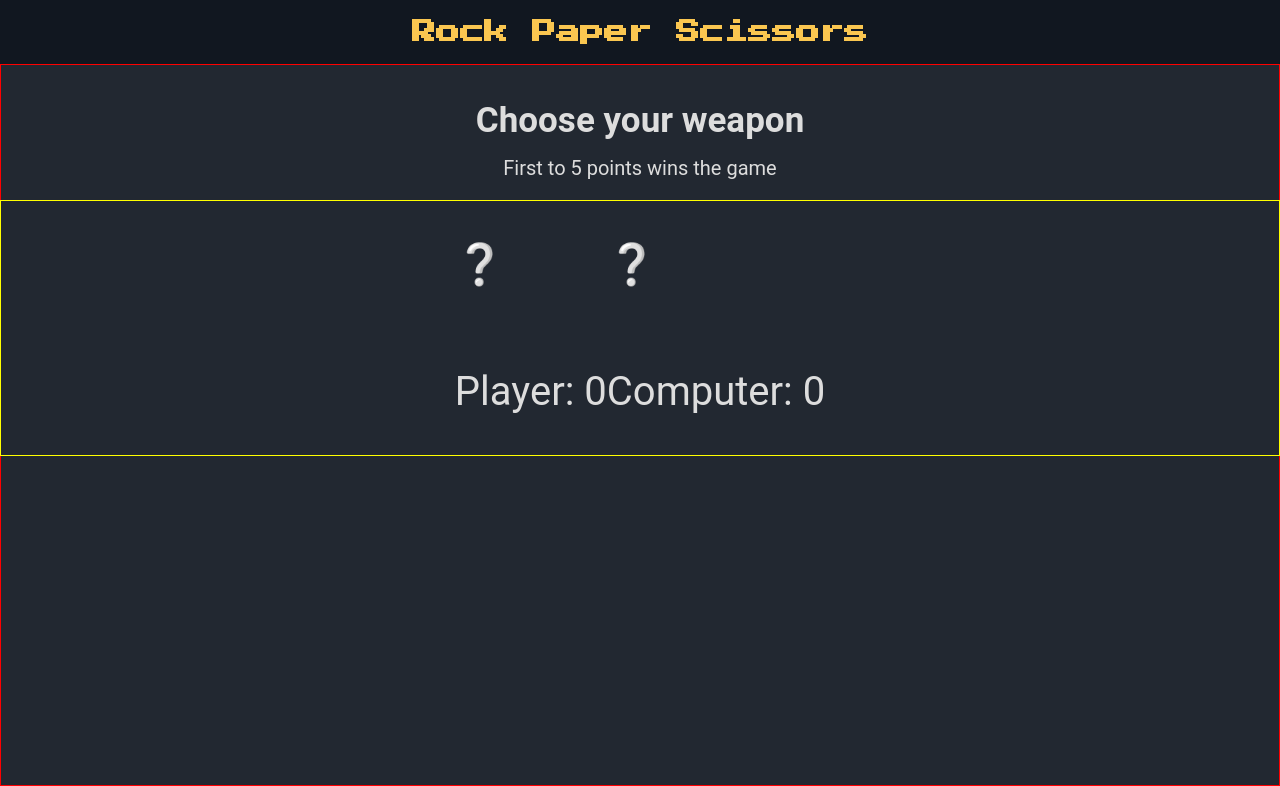
Repository: Aaryan-Poria/Rock-Paper-Scissors
Page: index.html
An editor plug-in stored every save of this project. The page is shown before and after the next save, followed by the edit.
The browser window is 1280 px wide. The pictures show the whole page.

Above is the page before, as saved 2023-08-22 22:54:11.

### index.html
<!DOCTYPE html>
<html lang="en">
  <head>
    <meta charset="UTF-8" />
    <meta name="viewport" content="width=device-width, initial-scale=1.0" />
    <title>Rock Paper Scissors</title>
    <link rel="preconnect" href="https://fonts.googleapis.com" />
    <link rel="preconnect" href="https://fonts.gstatic.com" crossorigin />
    <link
      href="https://fonts.googleapis.com/css2?family=Press+Start+2P&display=swap"
      rel="stylesheet"
    />
    <link rel="stylesheet" href="style.css" />
  </head>

  <body>
    <section class="head">
      <h2>Rock Paper Scissors</h2>
    </section>
    <section class="main">
      <div class="main-text">
        <h3>Choose your weapon</h3>
        <p>First to 5 points wins the game</p>
      </div>
      <div class="text-content">
        <div class="info player">
          <p class="qmark 1">❔</p>
          <p class="score 1">Player: 0</p>
        </div>
        <div class="info comp">
          <p class="qmark 2">❔</p>
          <p class="score 2">Computer: 0</p>
        </div>
      </div>
    </section>
  </body>
</html>

### style.css
body {
  margin: 0;
  padding: 0;
  display: flex;
  flex-direction: column;
  min-height: 100%;
  min-width: 100%;
}
.head {
  display: flex;
  justify-content: center;
  align-items: center;
  color: #fac650;
  background-color: #111720;
  font-family: "Press Start 2P", cursive;
}
.main {
  display: flex;
  flex-grow: 1;
  height: 100vh;
  flex-direction: column;
  background-color: #222831;
  color: #dddddd;
  font-family: "Roboto", sans-serif;
  align-items: center;
  border: 1px solid red;
}

.main-text {
  /* border: 1px solid green; */
  display: flex;
  flex-direction: column;
  justify-content: center;
  align-items: center;
}
.main-text > h3 {
  font-size: 35px;
}
.main-text > p {
  font-size: 20px;
  margin-top: -20px;
}
.text-content {
  display: flex;
  width: 100%;
  border: 1px solid yellow;
  display: flex;
  font-size: 40px;
  justify-content: center;
  align-items: center;
}
.info {
  display: flex;
  flex-direction: column;
  justify-content: flex-end;
}

After the next save:
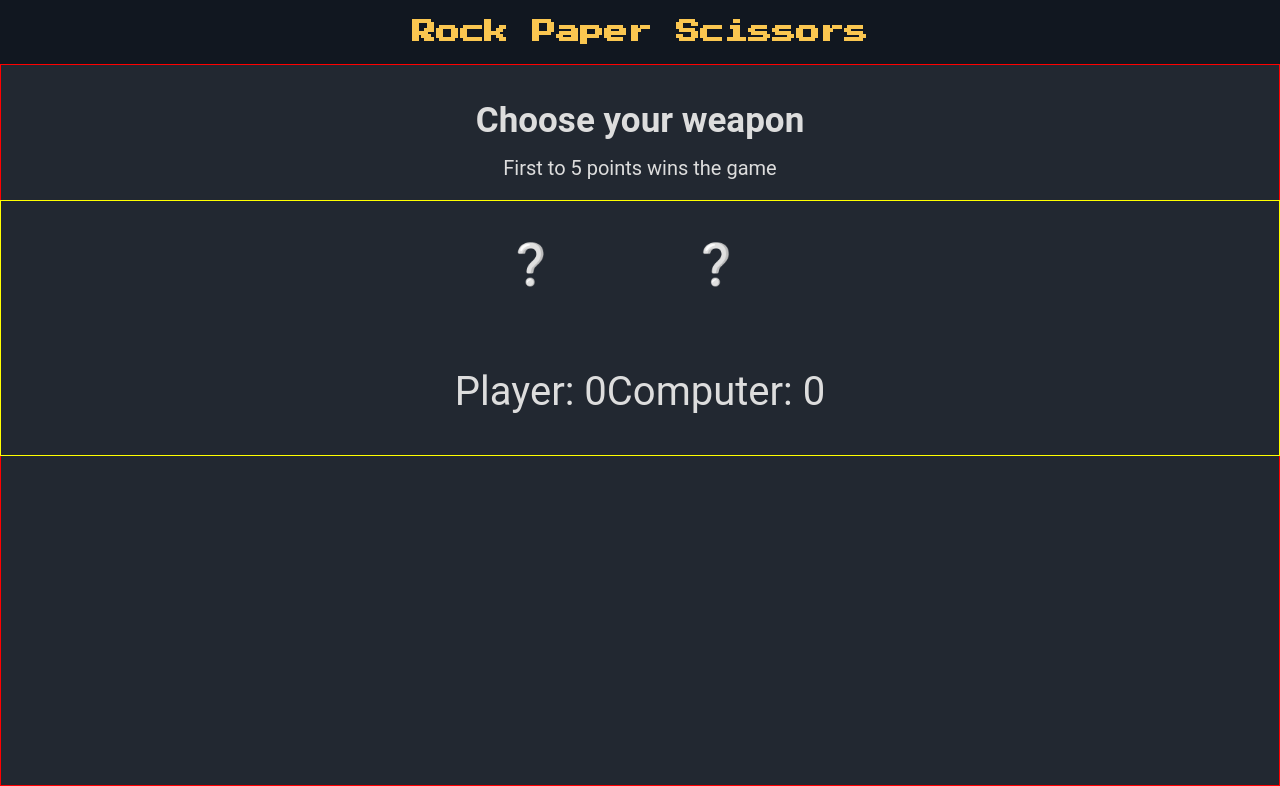
Saved 15 s later.
--- a/style.css
+++ b/style.css
@@ -52,5 +52,6 @@ body {
 .info {
   display: flex;
   flex-direction: column;
-  justify-content: flex-end;
+  justify-content: center;
+  align-items: center;
 }
